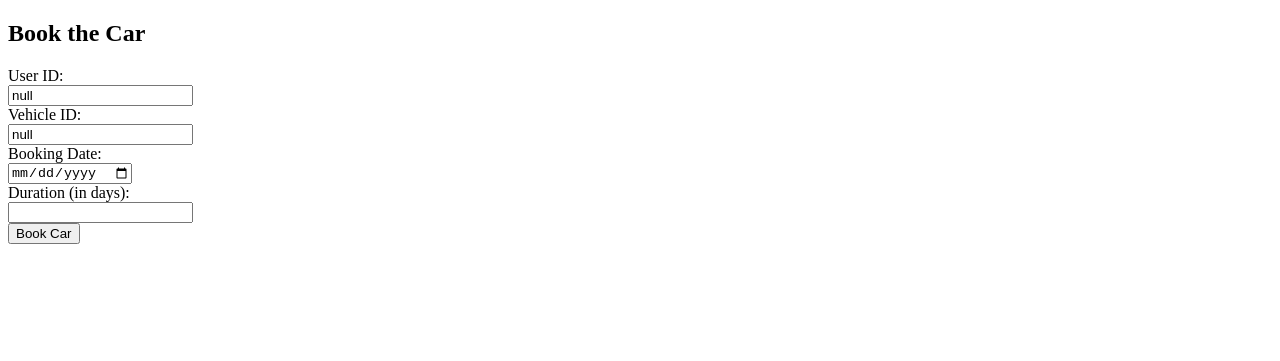
Repository: VimashaVishvani/VehicleRental
Page: http://localhost/Vehicle_rentalDb/userBookCar.jsp
The author's editor kept a copy of each file at every save. The page is drawn from the files as they stood at one save, then again after the next save.
The browser window is 1280 px wide. The pictures show the whole page.
The page is served by Tomcat 9.

Above is the page before, as saved 2024-05-10 20:04:52.

After the next save:
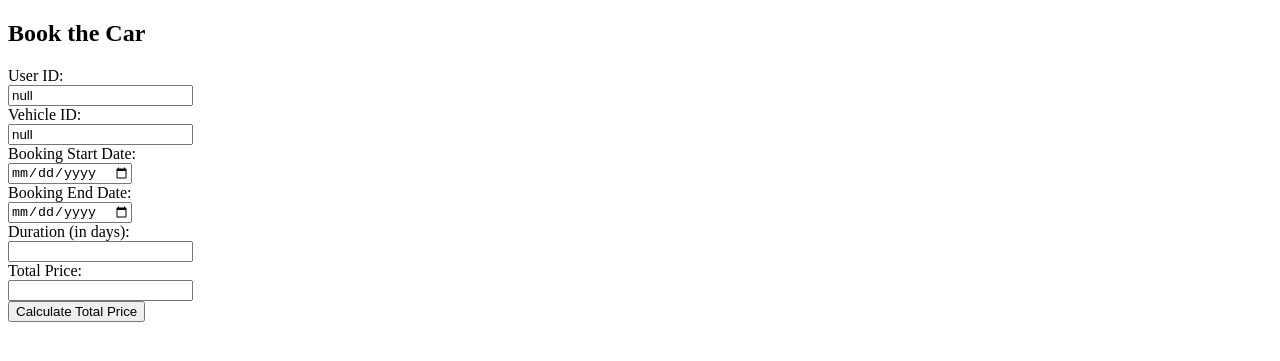
Saved 9 min 25 s later.
--- a/Vehicle_rentalDb/src/main/webapp/userBookCar.jsp
+++ b/Vehicle_rentalDb/src/main/webapp/userBookCar.jsp
@@ -3,6 +3,7 @@
 <%
 String userId = request.getParameter("id");
 String vehicleId = request.getParameter("vid");
+String vehiclePricePerDay = request.getParameter("price");
 %>
 
 <!DOCTYPE html>
@@ -10,28 +11,79 @@ String vehicleId = request.getParameter("vid");
 <head>
     <meta charset="ISO-8859-1">
     <title>Book the Car</title>
+    <style>
+        /* Styles for the popup */
+        .popup {
+            display: none;
+            position: fixed;
+            top: 50%;
+            left: 50%;
+            transform: translate(-50%, -50%);
+            background-color: #f9f9f9;
+            padding: 20px;
+            border: 1px solid #ccc;
+            border-radius: 5px;
+            z-index: 9999;
+        }
+    </style>
 </head>
 <body>
 
 <h2>Book the Car</h2>
 
-<form action="bookingServlet" method="post">
+<form id="bookingForm" action="bookingServlet" method="post">
     <label for="userId">User ID:</label><br>
     <input type="text" id="userId" name="userId" value="<%= userId %>" readonly><br>
-    <input type="hidden"  name="userId" value="booktheCar" name="task">
-
+    <input type="hidden" name="task" value="booktheCar">
 
     <label for="vehicleId">Vehicle ID:</label><br>
     <input type="text" id="vehicleId" name="vehicleId" value="<%= vehicleId %>" readonly><br>
 
-    <label for="bookingDate">Booking Date:</label><br>
-    <input type="date" id="bookingDate" name="bookingDate" required><br>
+    <label for="bookingDate">Booking Start Date:</label><br>
+    <input type="date" id="startDate" name="startDate" required><br>
+
+    <label for="endDate">Booking End Date:</label><br>
+    <input type="date" id="endDate" name="endDate" required><br>
 
     <label for="duration">Duration (in days):</label><br>
-    <input type="number" id="duration" name="duration" min="1" required><br>
+    <input type="number" id="duration" name="duration" min="1" readonly><br>
 
-    <input type="submit" value="Book Car">
+    <label for="totalPrice">Total Price:</label><br>
+    <input type="text" id="totalPrice" name="totalPrice" readonly><br>
+
+    <!-- Change type to button to prevent form submission -->
+    <button type="button" id="calculatePriceButton">Calculate Total Price</button>
 </form>
+
+<!-- Popup div to display the price -->
+<div id="pricePopup" class="popup">
+    <p id="priceMessage"></p>
+    <button type="button" id="payButton">Pay</button>
+</div>
+
+<script>
+document.getElementById("calculatePriceButton").addEventListener("click", function() {
+    var startDate = new Date(document.getElementById("startDate").value);
+    var endDate = new Date(document.getElementById("endDate").value);
+
+    // Calculate the duration in days
+    var duration = Math.floor((endDate - startDate) / (1000 * 60 * 60 * 24));
+    document.getElementById("duration").value = duration;
+
+    // Calculate the total price
+    var pricePerDay = <%= vehiclePricePerDay %>;
+    var totalPrice = duration * pricePerDay;
+    document.getElementById("totalPrice").value = totalPrice.toFixed(2);
+
+    // Display the popup div
+    document.getElementById("pricePopup").style.display = "block";
+});
+
+document.getElementById("payButton").addEventListener("click", function() {
+    // Submit the form when the pay button is clicked
+    document.getElementById("bookingForm").submit();
+});
+</script>
 
 </body>
 </html>
